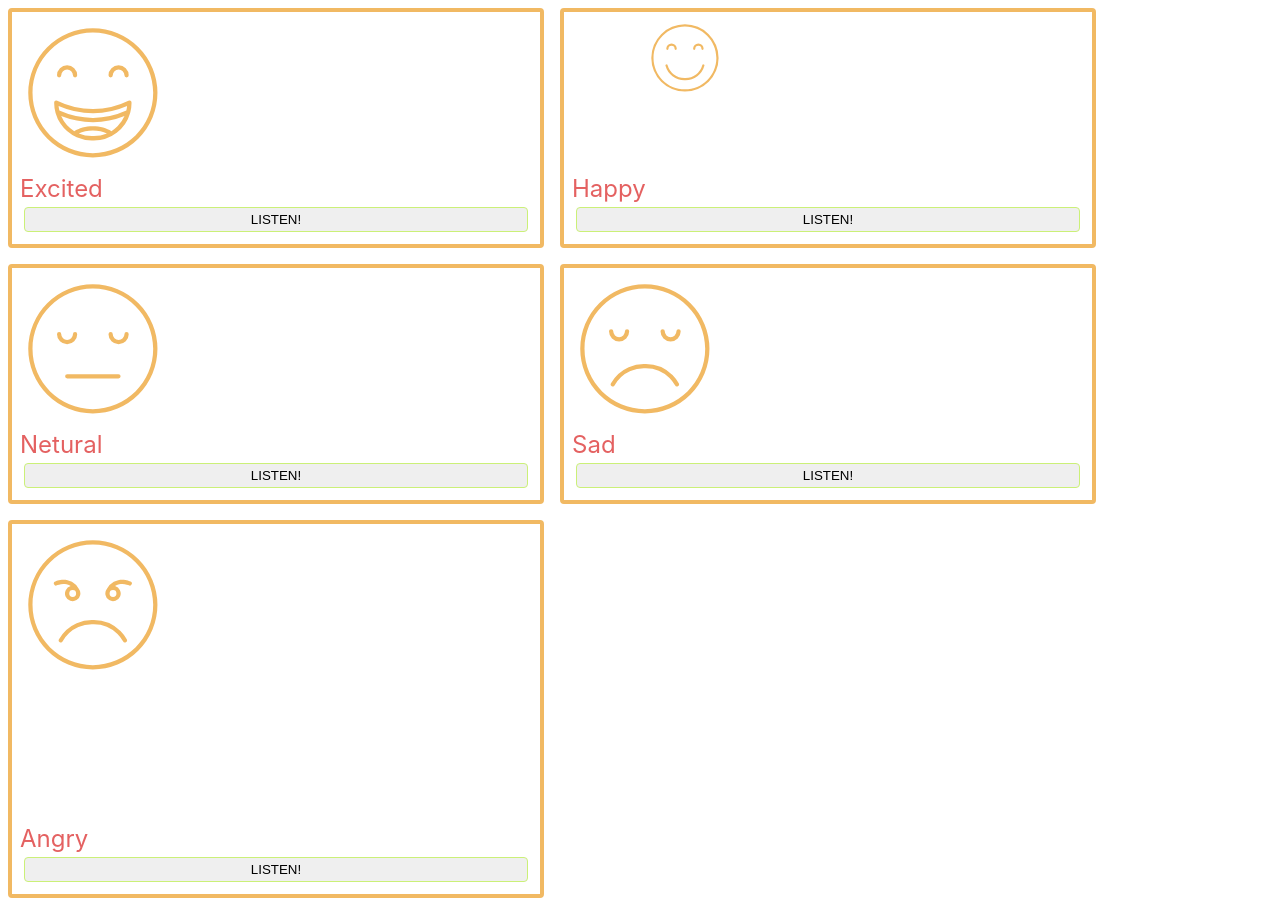
Repository: majakesin/moodify-app
Page: /
An editor plug-in stored every save of this project. The page is shown before and after the next save, followed by the edit.
The browser window is 1280 px wide. The pictures show the whole page.
The project was rebuilt for these pictures with package versions that can differ from the ones it lists, and the page was loaded fresh each time.

Above is the page before, as saved 2023-08-21 13:00:09.

After the next save:
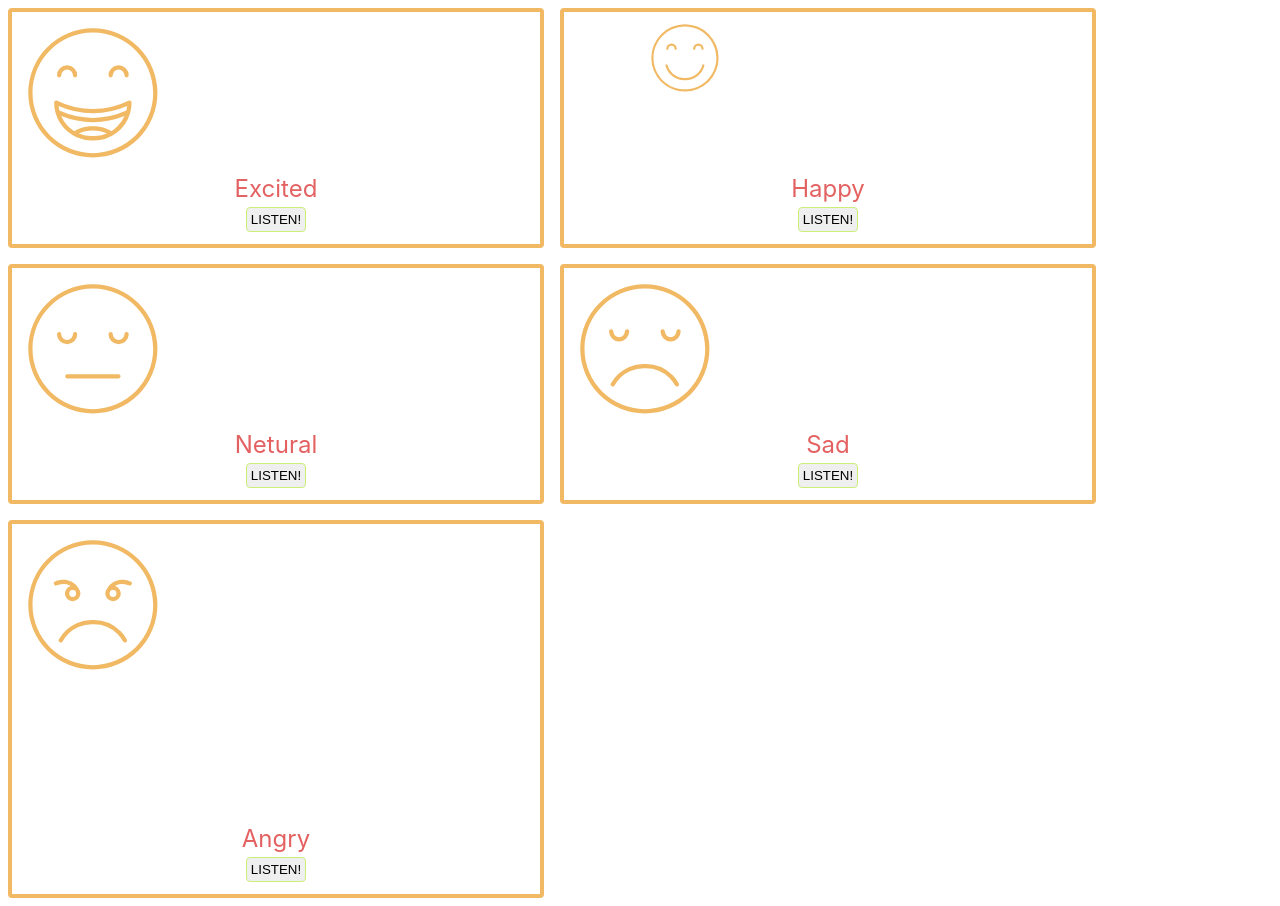
Saved 27 s later.
--- a/src/components/Mood/index.module.css
+++ b/src/components/Mood/index.module.css
@@ -16,7 +16,7 @@
 .content {
     display: flex;
     flex-direction: column;
-    align-content: center;
+    align-items: center;
 
 }
 
